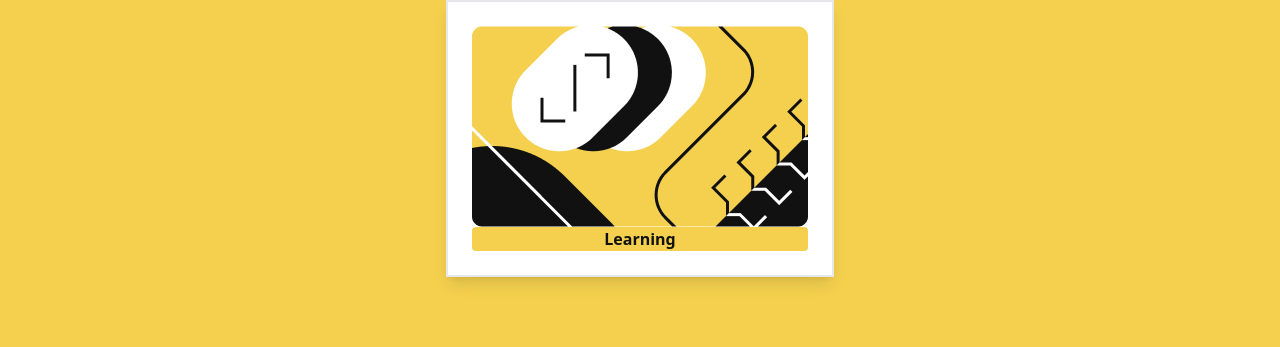
Repository: orcunelektirikci/fe-mentor-blogprev
Page: index.html
An editor plug-in stored every save of this project. The page is shown before and after a run of saves, followed by the edit.
The browser window is 1280 px wide. The pictures show the whole page.
Some web libraries are served in a nearby version.

Above is the page before, as saved 2024-04-12 16:46:31.

After the next 2 saves:
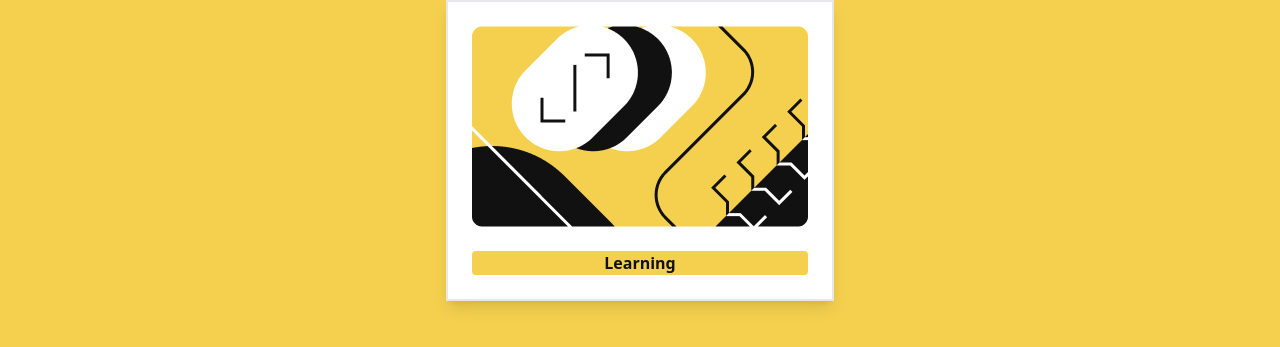
The 2 saves are shown as one change because they came seconds apart.
The last was saved 14 s later.
--- a/index.html
+++ b/index.html
@@ -10,7 +10,7 @@
 </head>
 <body class="bg-yellow flex items-center justify-center">
 
-    <div class="bg-white border-2 shadow-lg p-6 flex flex-col justify-evenly">
+    <div class="bg-white border-2 shadow-lg p-6 flex flex-col justify-evenly space-y-6">
         <img src="assets/img/blogimage.png" alt="">
         <button class="bg-yellow rounded font-semibold text-black" type="button">Learning</button>
     </div>
